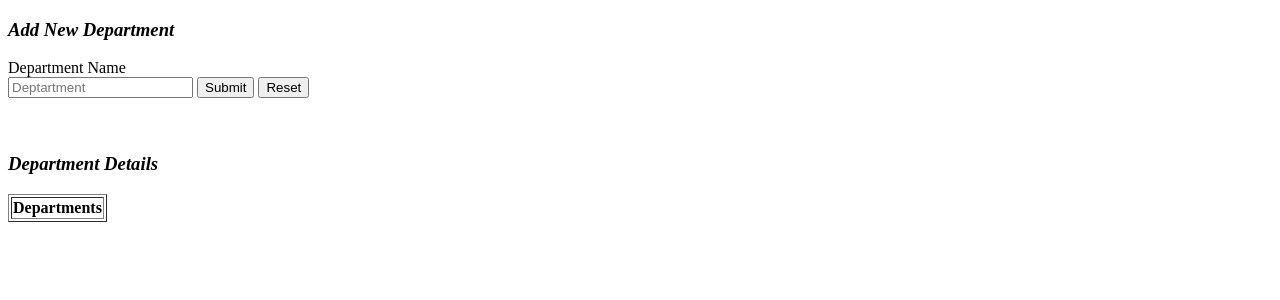
Repository: shubhamsingh331/Learners_Academy
Page: http://localhost/LearnersAcademy/Department/Department.jsp
The author's editor kept a copy of each file at every save. The page is drawn from the files as they stood at one save, then again after the next save.
The browser window is 1280 px wide. The pictures show the whole page.
The page is served by Tomcat 9.

Above is the page before, as saved 2023-10-10 18:50:15.

After the next save:
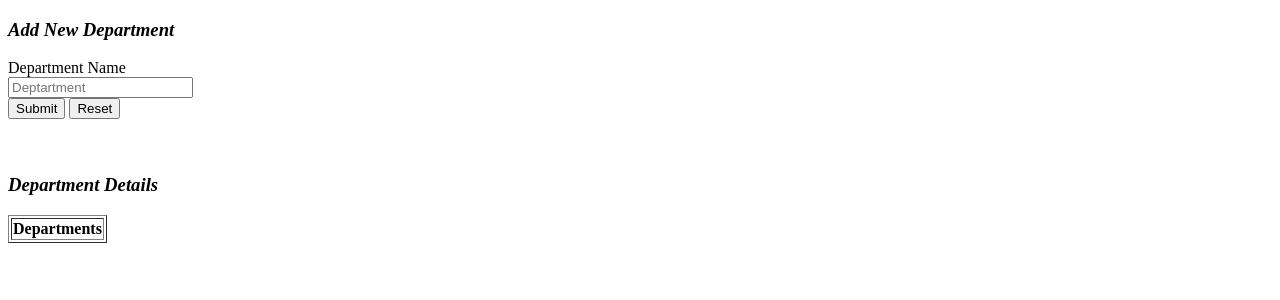
Saved 20 s later.
--- a/LearnersAcademy/src/main/webapp/Department/Department.jsp
+++ b/LearnersAcademy/src/main/webapp/Department/Department.jsp
@@ -14,7 +14,7 @@
 <h3><i>Add New Department</i></h3>
 <form action="Assign.jsp" method="post">
 Department Name<br>
-<input type="text" placeholder="Deptartment" name="dept">
+<input type="text" placeholder="Deptartment" name="dept"><br>
 <input type="submit" value="Submit">
 <input type="reset" value="Reset">
 </form>
